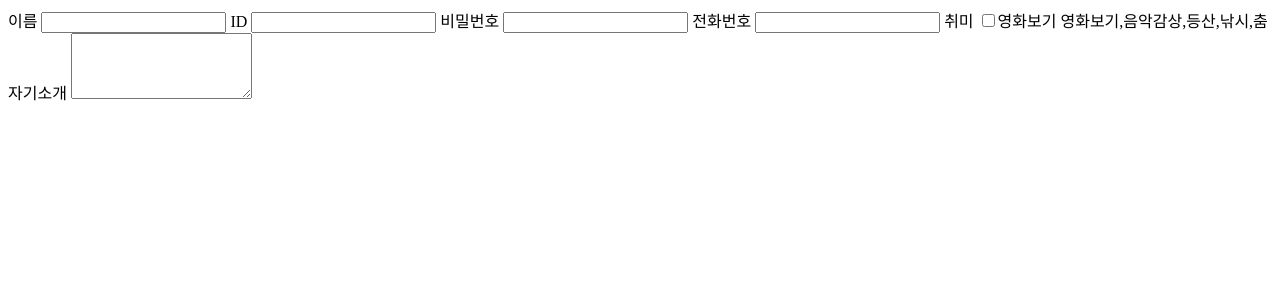
Repository: yuntaekOhO/SY_Academy_Study
Page: http://localhost/ch03-JSP/ch02-nestedObject/s05_registerForm.jsp
The author's editor kept a copy of each file at every save. The page is drawn from the files as they stood at one save, then again after the next save.
The browser window is 1280 px wide. The pictures show the whole page.
The page is served by Tomcat 9. Other server files are loaded and not shown.

Above is the page before, as saved 2022-06-24 06:44:08.

### workspace_jsp/ch03-JSP/src/main/webapp/ch02-nestedObject/s05_registerForm.jsp
<%@ page language="java" contentType="text/html; charset=UTF-8"
    pageEncoding="UTF-8"%>
<!DOCTYPE html>
<html>
<head>
<meta charset="UTF-8">
<title>[실습]회원가입</title>
</head>
<body>
<form action="s06_register.jsp" method="post" id="myForm">
이름 <input type="text" name="name">
ID <input type="text" name="id">
비밀번호 <input type="password" name="password">
전화번호 <input type="text" name="phone">
취미
<input type="checkbox" name="hobby" value="영화보기">영화보기 영화보기,음악감상,등산,낚시,춤

자기소개 <textarea rows="4" cols="20" name="content"></textarea>
</form>
</body>
</html>

After the next save:
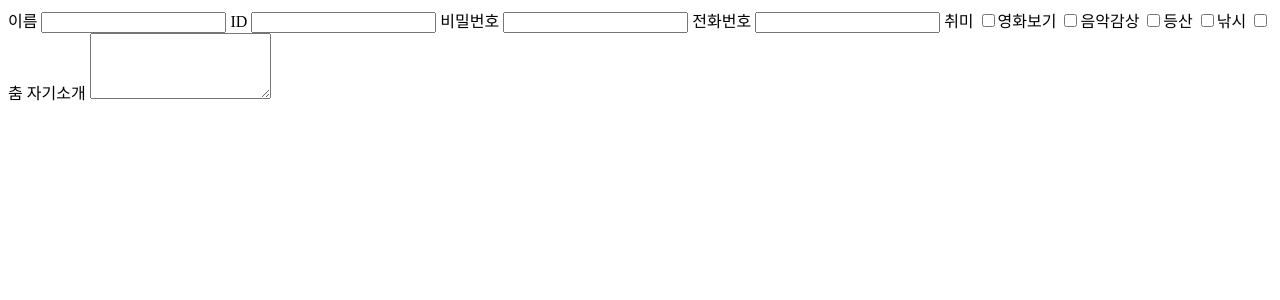
Saved 60 s later.
--- a/workspace_jsp/ch03-JSP/src/main/webapp/ch02-nestedObject/s05_registerForm.jsp
+++ b/workspace_jsp/ch03-JSP/src/main/webapp/ch02-nestedObject/s05_registerForm.jsp
@@ -8,14 +8,18 @@
 </head>
 <body>
 <form action="s06_register.jsp" method="post" id="myForm">
-이름 <input type="text" name="name">
-ID <input type="text" name="id">
-비밀번호 <input type="password" name="password">
-전화번호 <input type="text" name="phone">
-취미
-<input type="checkbox" name="hobby" value="영화보기">영화보기 영화보기,음악감상,등산,낚시,춤
+	이름 <input type="text" name="name">
+	ID <input type="text" name="id">
+	비밀번호 <input type="password" name="password">
+	전화번호 <input type="text" name="phone">
+	취미
+	<input type="checkbox" name="hobby" value="영화보기">영화보기
+	<input type="checkbox" name="hobby" value="음악감상">음악감상
+	<input type="checkbox" name="hobby" value="등산">등산
+	<input type="checkbox" name="hobby" value="낚시">낚시
+	<input type="checkbox" name="hobby" value="춤">춤
 
-자기소개 <textarea rows="4" cols="20" name="content"></textarea>
+	자기소개 <textarea rows="4" cols="20" name="content"></textarea>
 </form>
 </body>
 </html>
